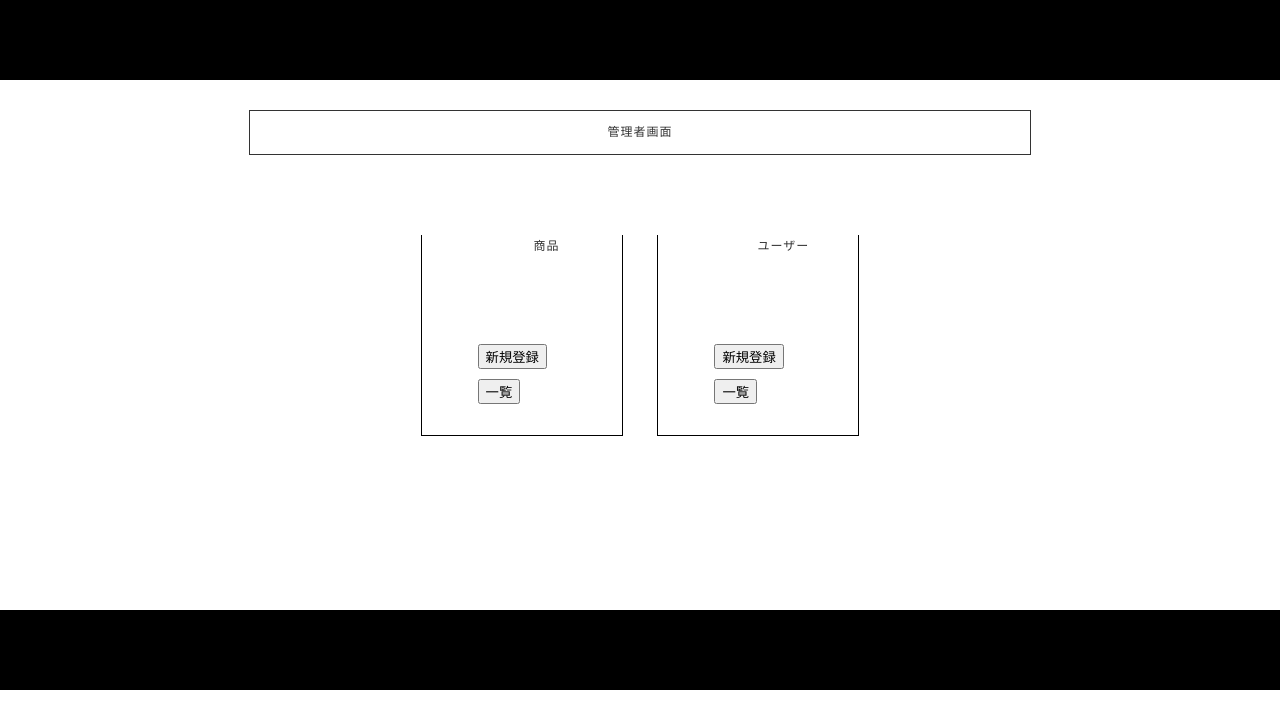
Repository: hiraide8/test
Page: http://localhost/ecsite/admin.jsp
An editor plug-in stored every save of this project. The page is shown before and after the next save, followed by the edit.
The browser window is 1280 px wide. The pictures show the whole page.
The page is served by Tomcat 9. Other server files are loaded and not shown.

Above is the page before, as saved 2019-01-23 11:57:23.

### ecsite/WebContent/admin.jsp
<%@ page language="java" contentType="text/html; charset=UTF-8"
    pageEncoding="UTF-8"%>
<%@ taglib prefix="s" uri="/struts-tags" %>
<!DOCTYPE html PUBLIC "-//W3C//DTD HTML 4.01 Transitional//EN" "http://www.w3.org/TR/html4/loose.dtd">
<html>
<head>
       <meta http-equiv="Content-Type" content="text/html; charset=UTF-8">
       <meta http-equiv="Content-Style-Type" content="text/css"/>
       <meta http-equiv="Content-Script-Type" content="text/javascript"/>
       <meta http-equiv="imagetoolbar" content="no"/>
       <meta name="descripttion" content=""/>
       <meta name="keywords" content=""/>
       <title>管理者画面</title>
       <style type="text/css">
       /* ========TAG LAYOUT======== */
                body{
                  margin:0;
                  padding:0;
                  line-height:1.6;
                  letter-spacing:1px;
                  font-family:Verdana,Helvetica,sans-serif;
                  font-size:12px;
                  color:#333;
                  background:#fff;
                }
                table{
                  position:relative;
                  top:30px;
                  left:25px;
                }
       /* ========ID LAYOUT======== */
                #top{
                  width:780px;
                  margin:30px auto;
                  border:1px solid #333;
                }
                #header{
                  width:100%;
                  height:80px;
                  background-color:black;
                }
                #main{
                  width:100%;
                  height:500px;
                  text-align:center;
                }
                #footer{
                  width:100%;
                  height:80px;
                  background-color:black;
                  clear:both;
                }
       /* ========CLASS LAYOUT======== */
                .aaa{
                  margin:0 auto;
                  margin-left:15px;
                  margin-right:15px;
                  display:inline-block;
                  margin-top:50px;
                  width:200px;
                  height:200px;
                  border-right:1px solid black;
                  border-left:1px solid black;
                  border-bottom:1px solid black;
                }
                .bbb{
                  position:relative;
                  top:-10px;
                  left:25px;
                }
       </style>
</head>
<body>
       <div id="header">
               <div id="pr">
               </div>
       </div>
       <div id="main">
               <div id="top">
                       <p>管理者画面</p>
               </div>
               <div class="aaa">
               <p class="bbb">商品</p>
                       <table>
                       <tr>
                       <td>
                       <s:form action="ItemCreateAction">
                                  <s:submit value="新規登録"/>
                       </s:form>
                       </td>
                       </tr>
                       <tr>
                       <td>
                       <s:form action="ItemListAction">
                                  <s:submit value="一覧"/>
                       </s:form>
                       </td>
                       </tr>
                       </table>
               </div>
               <div class="aaa">
               <p class="bbb">ユーザー</p>
                       <table>
                       <tr>
                       <td>
                       <s:form action="UserCreateAction">
                                  <s:submit value="新規登録"/>
                       </s:form>
                       </td>
                       </tr>
                       <tr>
                       <td>
                       <s:form action="UserListAction">
                                  <s:submit value="一覧"/>
                       </s:form>
                       </td>
                       </tr>
                       </table>
               </div>
       </div>
       <div id="footer">
               <div id="pr">
               </div>
       </div>
</body>
</html>

After the next save:
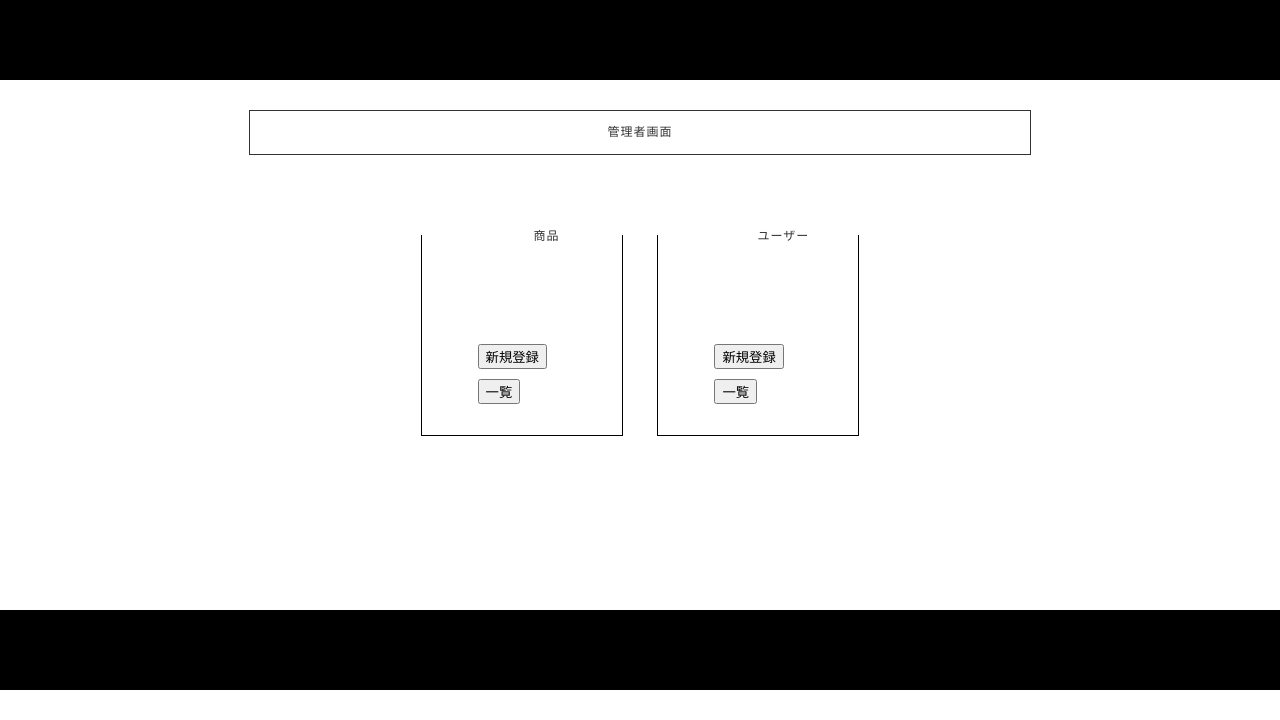
Saved 16 s later.
--- a/ecsite/WebContent/admin.jsp
+++ b/ecsite/WebContent/admin.jsp
@@ -65,7 +65,7 @@
                 }
                 .bbb{
                   position:relative;
-                  top:-10px;
+                  top:-20px;
                   left:25px;
                 }
        </style>
